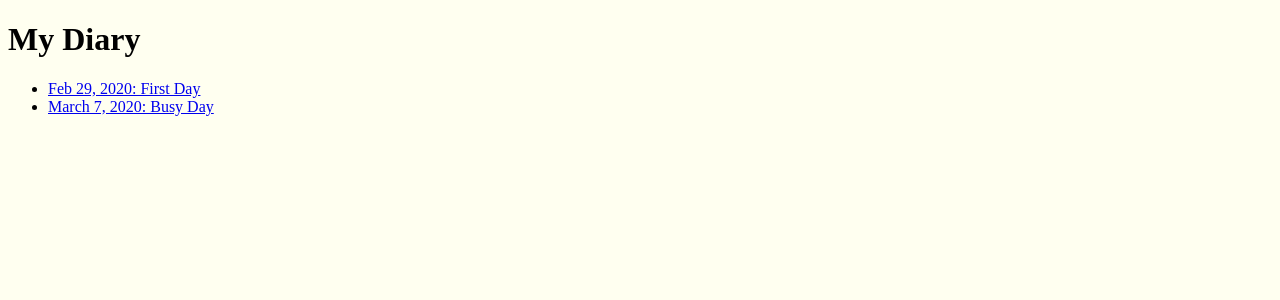
Repository: chocochocosensei/Mission-Exercises
Page: index.html
An editor plug-in stored every save of this project. The page is shown before and after the next save, followed by the edit.
The browser window is 1280 px wide. The pictures show the whole page.

Above is the page before, as saved 2020-03-10 12:55:38.

### index.html
<!DOCTYPE html>
<html lang="en">

<head>
    <meta charset="UTF-8" />
    <meta name="viewport" content="width=device-width, initial-scale=1.0" />
    <link rel="stylesheet" href="style.css">
    <title>My Diary</title>
</head>

<body>
    <h1>My Diary</h1>
    <ul>
        <li>
            <a href="Page1/index.html">Feb 29, 2020: First Day</a>
        </li>
        <li><a href="page2/index.html">March 7, 2020: Busy Day</a></li>
        <!-- <li><a href="page3/index.html">3rd try is a charm.</a></li> -->
    </ul>
</body>

</html>

### style.css
html {
    background-color: ivory;
}

*.hidden {
    display: none;
}

.section-title {
    font-family: Cambria, Cochin, Georgia, Times, 'Times New Roman', serif;
}

.title {
    font-weight: bold;
    text-decoration: underline;
}

After the next save:
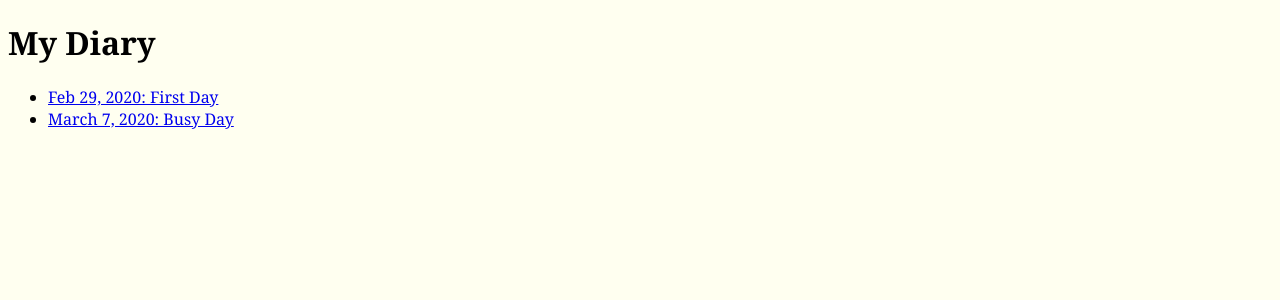
Saved 37 s later.
--- a/style.css
+++ b/style.css
@@ -1,14 +1,13 @@
-html {
+body {
     background-color: ivory;
+    font-family: Cambria, Cochin, Georgia, Times, 'Times New Roman', serif;
 }
 
 *.hidden {
     display: none;
 }
 
-.section-title {
-    font-family: Cambria, Cochin, Georgia, Times, 'Times New Roman', serif;
-}
+.section-title {}
 
 .title {
     font-weight: bold;
